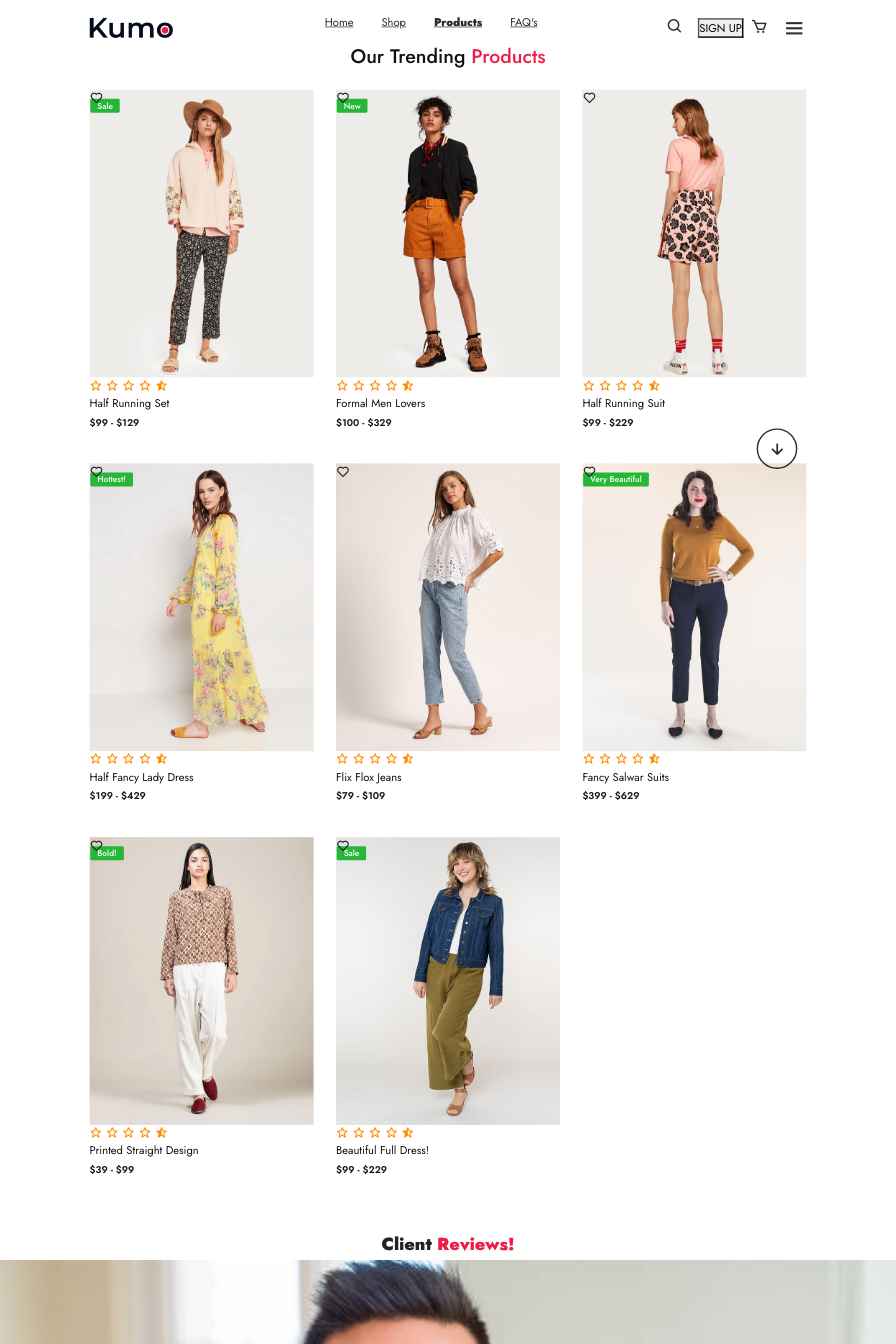
Repository: isaacCodes1/Kumo-Website.
Page: products.html
These files come from the project's save history. The page is drawn as it stood at one moment and after the next save; the edit follows.
The browser window is 1280 px wide. The pictures show the part of the page from y = 0 to 1920 px (the page is 4021 px tall), at 70% of full size.

Above is the page before, as saved 2024-03-26 11:13:11.

After the next save:
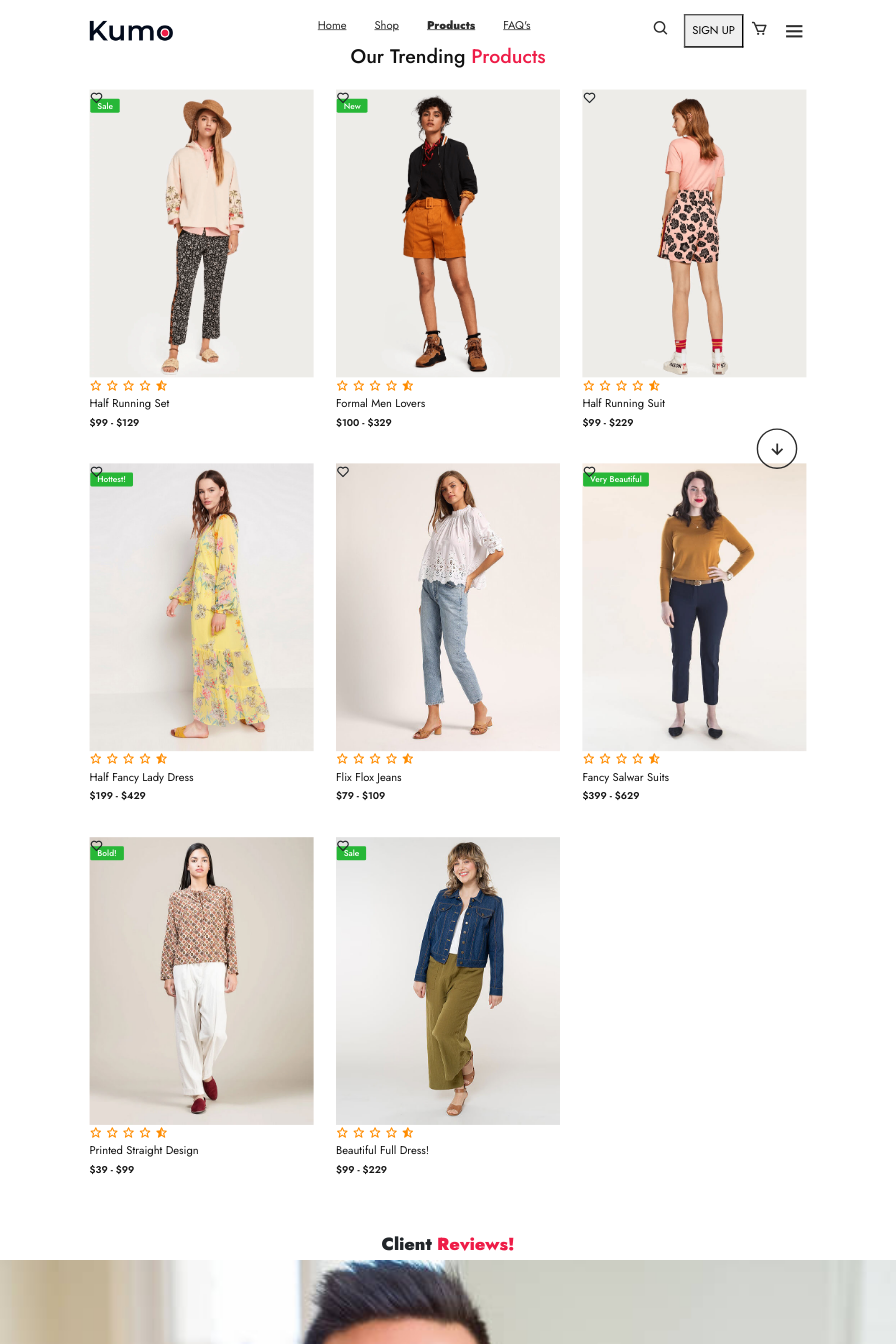
Saved 7 s later.
--- a/style.css
+++ b/style.css
@@ -439,4 +439,5 @@ swiper-slide img {
 }
 .yes {
   margin-right: 10px;
-}
+  padding: 10px;
+}
